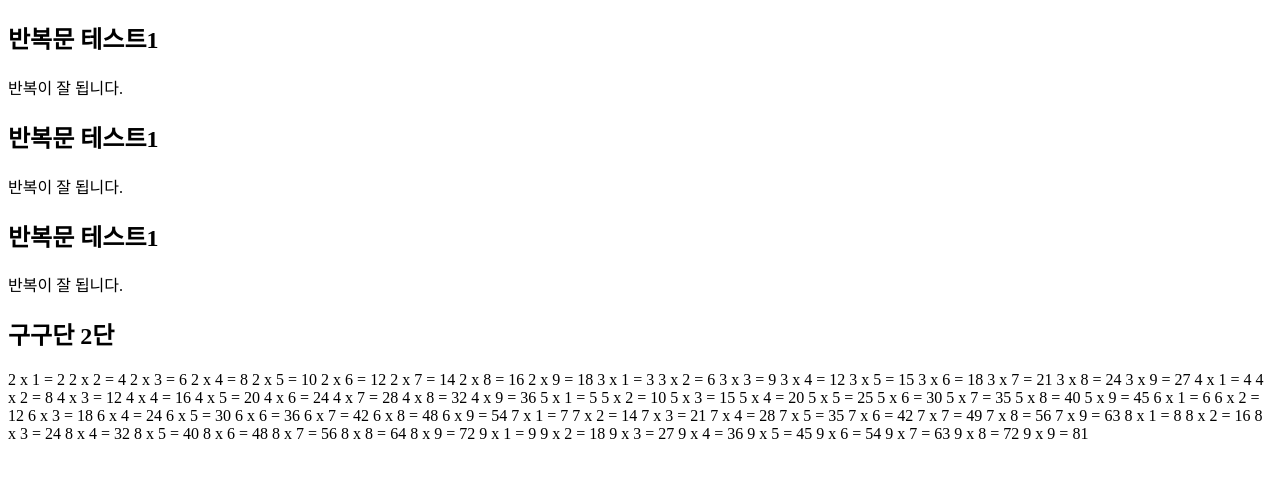
Repository: eun-chongzzz/jsp_practice
Page: http://localhost/JSPBasic/jspTag/Scriptlet.jsp
An editor plug-in stored every save of this project. The page is shown before and after the next save, followed by the edit.
The browser window is 1280 px wide. The pictures show the whole page.
The page is served by Tomcat 9.

Above is the page before, as saved 2022-01-28 02:36:24.

After the next save:
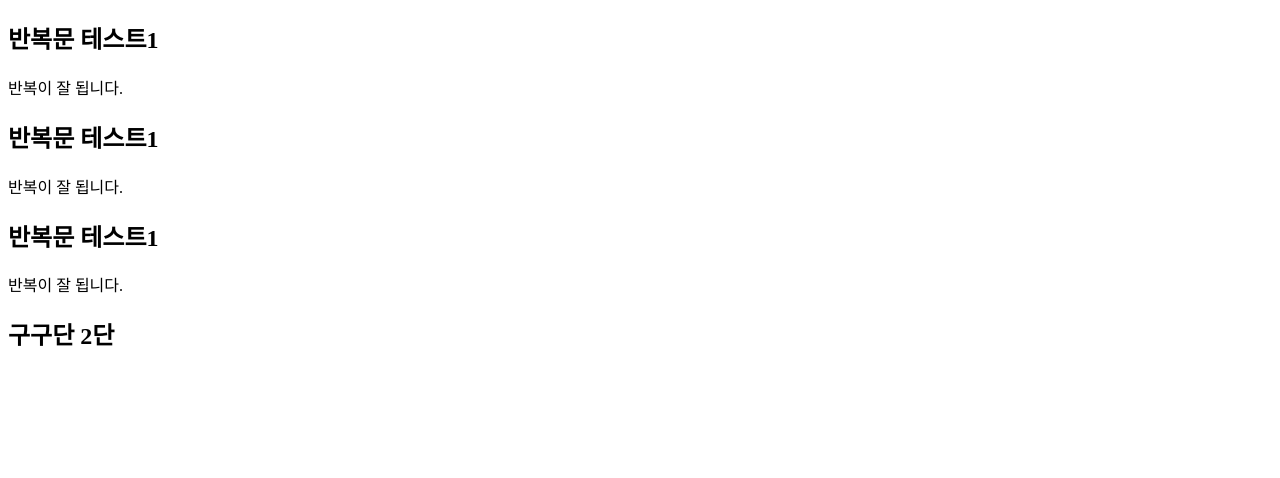
Saved 22 s later.
--- a/JSPBasic/src/main/webapp/jspTag/Scriptlet.jsp
+++ b/JSPBasic/src/main/webapp/jspTag/Scriptlet.jsp
@@ -22,7 +22,7 @@
 	(javascript의 document.write()와 같은 역할)-->
 	<h2>구구단 2단</h2>
 	<%
-	for(int i=2; i < 10; i++) {
+	for(int i=2; i < 2; i++) {
 		for(int j=1; j < 10; j++)
 		{ out.println(i + " x " + j + " = " + i * j);
 		} out.println();
